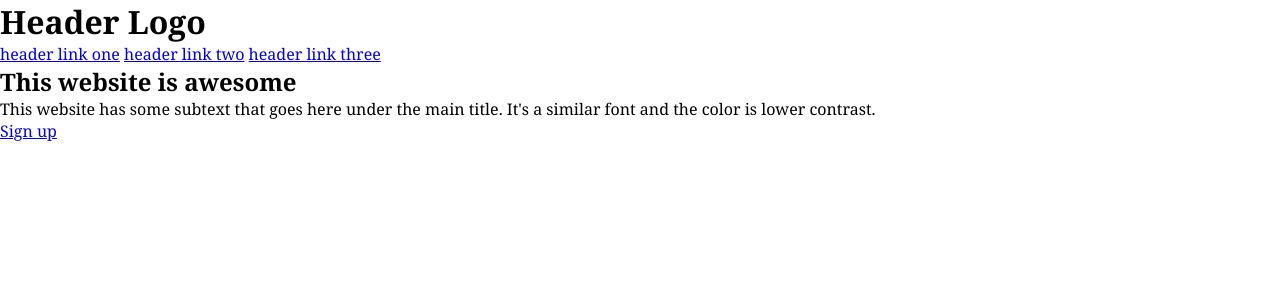
Repository: Pafestivo/Dummy-Landing-Page
Page: index.html
These files come from the project's save history. The page is drawn as it stood at one moment and after the next save; the edit follows.
The browser window is 1280 px wide. The pictures show the whole page.

Above is the page before, as saved 2022-09-26 17:33:39.

After the next save:
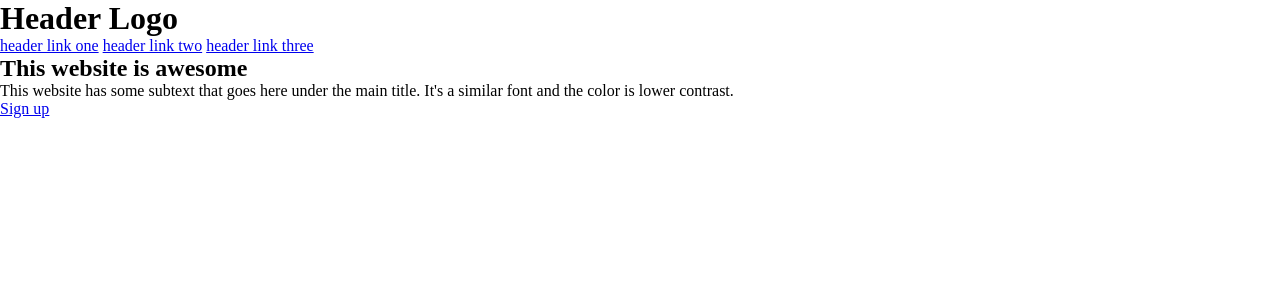
Saved 4 s later.
--- a/styles.css
+++ b/styles.css
@@ -5,5 +5,5 @@
 }
 
 body {
-  font-family: Georgia, 'Times New Roman', Times, serif;
+  font-family: serif;
 }
